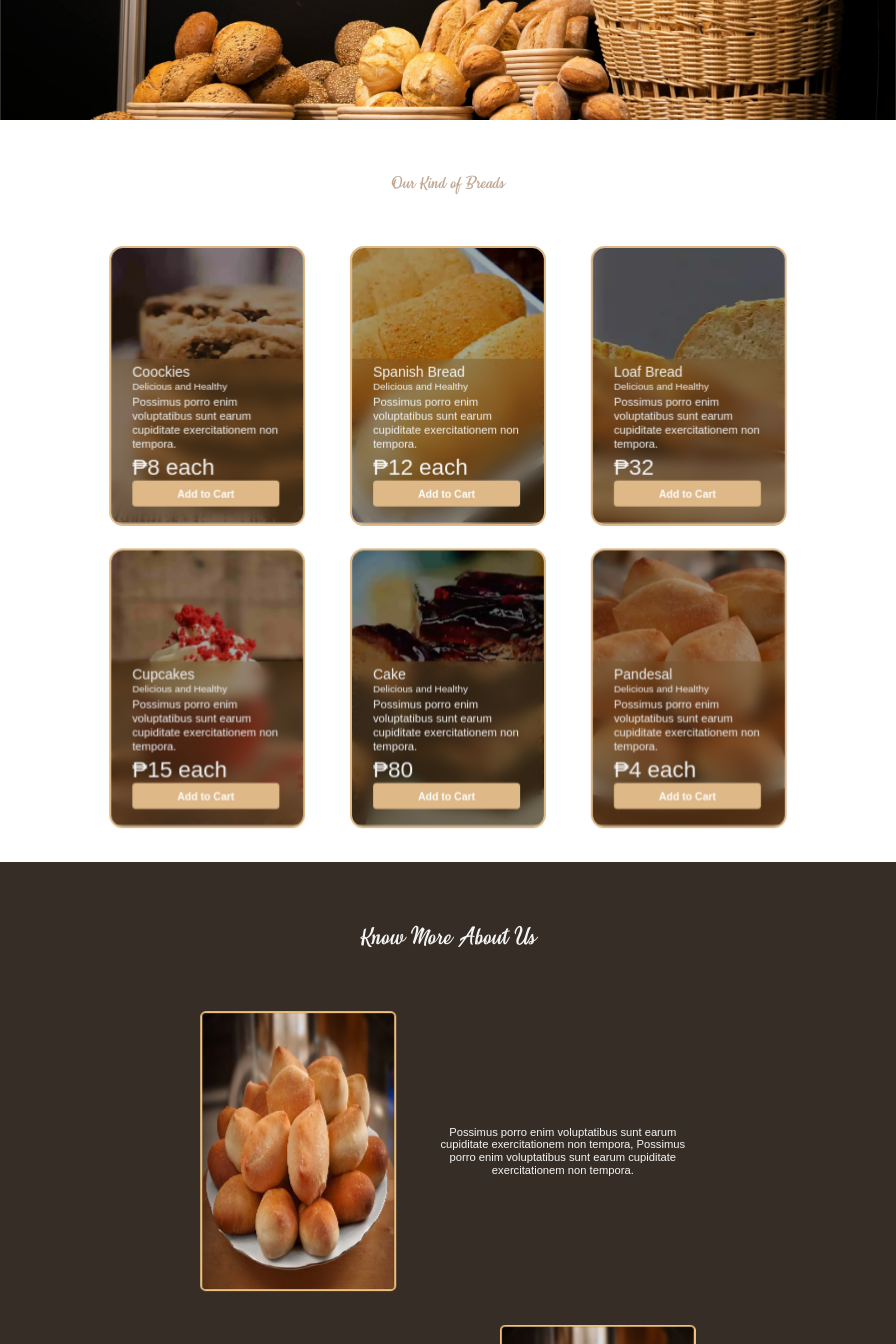
Repository: RodFoyagan/Bing-s-Bakery
Page: index.html
These files come from the project's save history. The page is drawn as it stood at one moment and after the next save; the edit follows.
The browser window is 1280 px wide. The pictures show the part of the page from y = 399 to 2319 px (the page is 4668 px tall before and 4700 px after), at 70% of full size.

Above is the page before, as saved 2024-12-04 19:33:14.
Console error: ReferenceError: emailjs is not defined

After the next save:
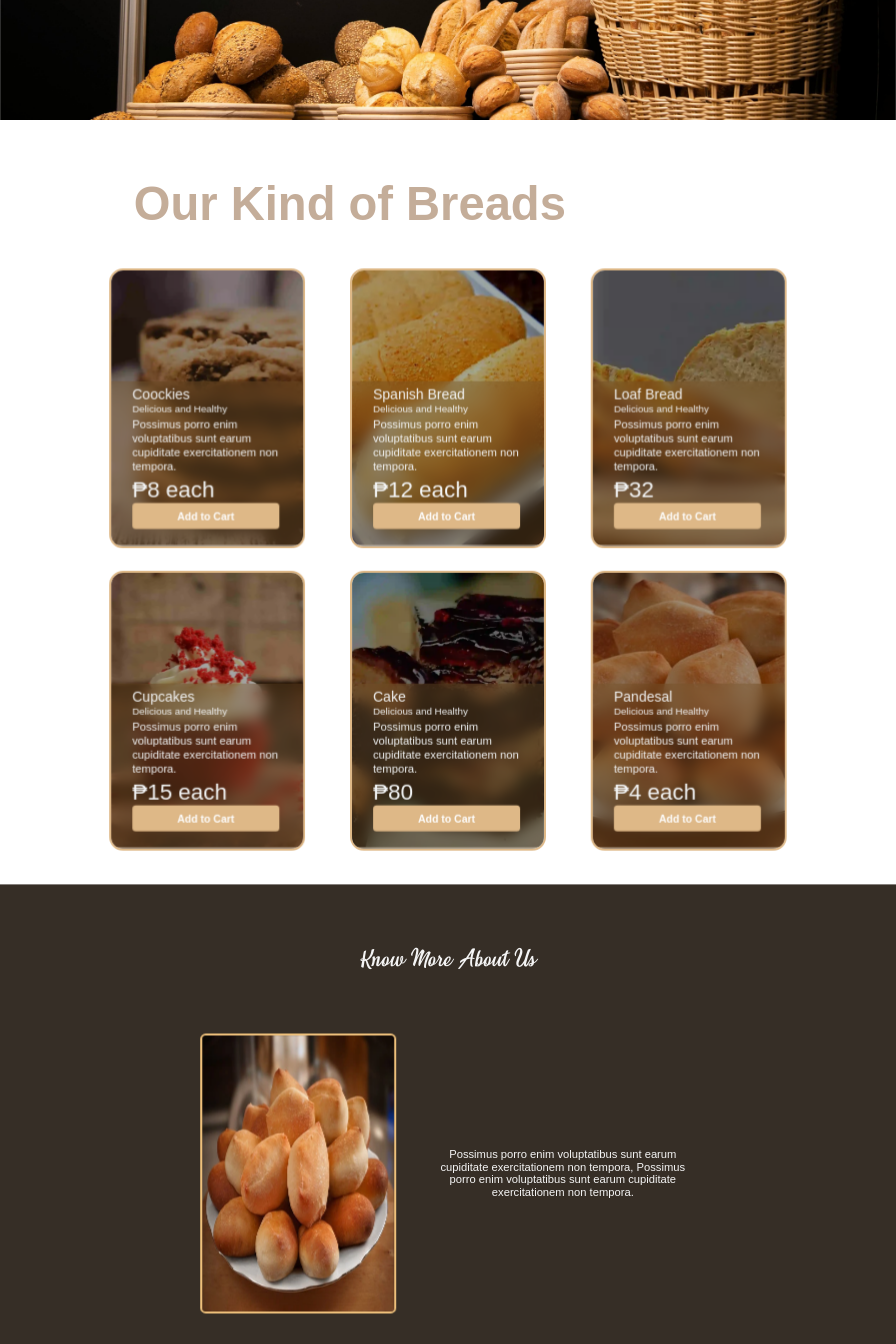
Saved 62 s later.
--- a/index.html
+++ b/index.html
@@ -86,7 +86,7 @@
 
     </div>
                 <div id="menu">
-                    <h1 class="header-title">Our Kind of Breads</h1>
+                    <h1 class="menu-title">Our Kind of Breads</h1>
                 </div>
                 <div class="body">
                     <div class="bread">
